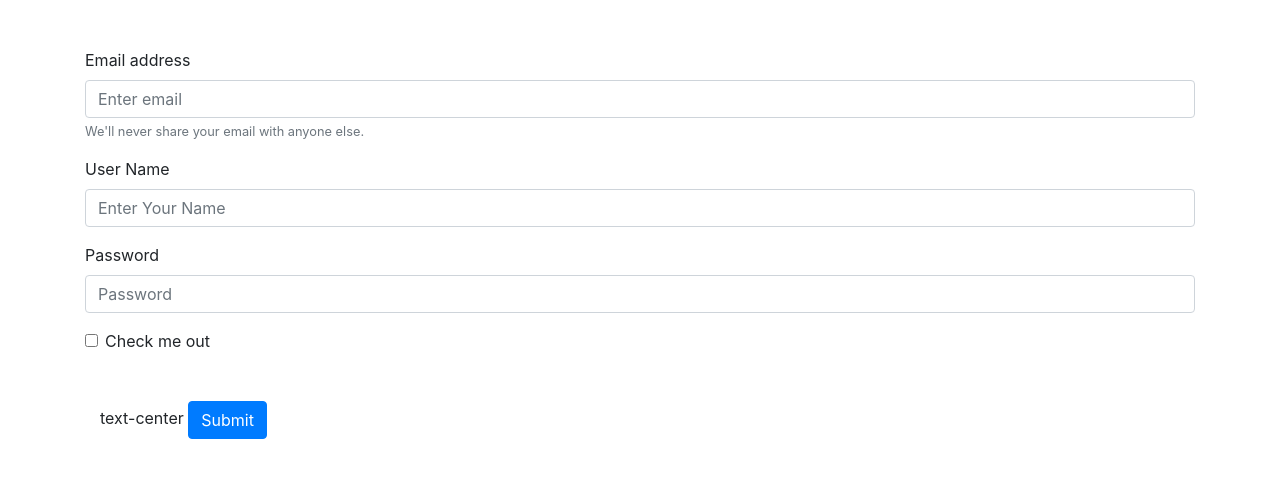
Repository: wanderwisecoder/spring_framework_learnings
Page: http://localhost/SpringMVC/contact
These files come from the project's save history. The page is drawn as it stood at one moment and after the next save; the edit follows.
The browser window is 1280 px wide. The pictures show the whole page.
Some web libraries are served in a nearby version. The page is served by Tomcat 9. Other server files are loaded and not shown.

Above is the page before, as saved 2023-12-19 08:52:16.

### SpringMVC/src/main/webapp/WEB-INF/spring-servlet.xml
<?xml version="1.0" encoding="UTF-8"?>
<beans xmlns="http://www.springframework.org/schema/beans"
	xmlns:xsi="http://www.w3.org/2001/XMLSchema-instance"
	xmlns:context="http://www.springframework.org/schema/context"
	xmlns:p="http://www.springframework.org/schema/p"
	xsi:schemaLocation="http://www.springframework.org/schema/beans
  https://www.springframework.org/schema/beans/spring-beans.xsd
  http://www.springframework.org/schema/context
  http://www.springframework.org/schema/context/spring-context.xsd">

<context:component-scan base-package="springmvc.controller"/>

	<bean
		class="org.springframework.web.servlet.view.InternalResourceViewResolver"
		name="viewResolver">

		<property name="prefix" value="/WEB-INF/views/"></property>

		<property name="suffix" value=".jsp"></property>
	</bean>


	<!-- more bean definitions go here -->
</beans>

### SpringMVC/src/main/webapp/WEB-INF/views/contact.jsp
<!doctype html>
<html lang="en">
<head>
<!-- Required meta tags -->
<meta charset="utf-8">
<meta name="viewport"
	content="width=device-width, initial-scale=1, shrink-to-fit=no">

<!-- Bootstrap CSS -->
<link rel="stylesheet"
	href="https://cdn.jsdelivr.net/npm/bootstrap@4.0.0/dist/css/bootstrap.min.css"
	integrity="sha384-Gn5384xqQ1aoWXA+058RXPxPg6fy4IWvTNh0E263XmFcJlSAwiGgFAW/dAiS6JXm"
	crossorigin="anonymous">

<title>Hello, world!</title>
</head>
<body>
	<div class="container  mt-5">
		<form>
			<div class="form-group">
				<label for="exampleInputEmail1">Email address</label> <input
					type="email" class="form-control" id="exampleInputEmail1"
					aria-describedby="emailHelp" placeholder="Enter email"> <small
					id="emailHelp" class="form-text text-muted">We'll never
					share your email with anyone else.</small>
			</div>
			<div class="form-group">
				<label for="userName">User Name</label> <input type="text"
					class="form-control" id="userName" aria-describedby="emailHelp"
					placeholder="Enter Your Name">
			</div>
			<div class="form-group">
				<label for="exampleInputPassword1">Password</label> <input
					type="password" class="form-control" id="exampleInputPassword1"
					placeholder="Password">
			</div>
			<div class="form-check">
				<input type="checkbox" class="form-check-input" id="exampleCheck1">
				<label class="form-check-label" for="exampleCheck1">Check me
					out</label>
			</div>
			<div class="container  mt-5">text-center
			<button type="submit" class="btn btn-primary">Submit</button>
		</form>
	</div>

	<!-- Optional JavaScript -->
	<!-- jQuery first, then Popper.js, then Bootstrap JS -->
	<script src="https://code.jquery.com/jquery-3.2.1.slim.min.js"
		integrity="sha384-KJ3o2DKtIkvYIK3UENzmM7KCkRr/rE9/Qpg6aAZGJwFDMVNA/GpGFF93hXpG5KkN"
		crossorigin="anonymous"></script>
	<script
		src="https://cdn.jsdelivr.net/npm/popper.js@1.12.9/dist/umd/popper.min.js"
		integrity="sha384-ApNbgh9B+Y1QKtv3Rn7W3mgPxhU9K/ScQsAP7hUibX39j7fakFPskvXusvfa0b4Q"
		crossorigin="anonymous"></script>
	<script
		src="https://cdn.jsdelivr.net/npm/bootstrap@4.0.0/dist/js/bootstrap.min.js"
		integrity="sha384-JZR6Spejh4U02d8jOt6vLEHfe/JQGiRRSQQxSfFWpi1MquVdAyjUar5+76PVCmYl"
		crossorigin="anonymous"></script>
</body>
</html>

### SpringMVC/src/main/java/springmvc/controller/ContactController.java
package springmvc.controller;

import org.springframework.stereotype.Controller;
import org.springframework.web.bind.annotation.RequestMapping;

@Controller
public class ContactController {
	@RequestMapping("/contact")
	public String showForm() {

		return "contact";

	}
}

### SpringMVC/src/main/java/springmvc/controller/HomeController.java
package springmvc.controller;

import java.time.LocalDateTime;
import java.util.ArrayList;
import java.util.List;

import org.springframework.stereotype.Controller;
import org.springframework.ui.Model;
import org.springframework.web.bind.annotation.RequestMapping;
import org.springframework.web.servlet.ModelAndView;

@Controller
public class HomeController {

	@RequestMapping("/home")
	public String home(Model model) {
		model.addAttribute("age", 54);
		System.out.println("This is home controller/url.!");
		model.addAttribute("name", "Roshan");

		model.addAttribute("id", 1234);
		return "index";
	}

	@RequestMapping("/about")
	public String about() {
		System.out.println("This is about controller/url.!");
		return "about";
	}


	//services
	//help
	@RequestMapping("/help")
	public ModelAndView help() {
		System.out.println("This is help controller/url.!");

		//creating ModelAndView object
		ModelAndView modelAndView =  new ModelAndView();

		//setting the data
		modelAndView.addObject("name","Uttam");
		modelAndView.addObject("rollNumber",11222);

		LocalDateTime now = LocalDateTime.now();
		modelAndView.addObject("time", now);

		//List Object
		List<Integer> list = new ArrayList<Integer>();
		list.add(34);
		list.add(87);
		list.add(92);
		list.add(67);
		list.add(45);

		modelAndView.addObject("marks",list);

		//setting the view name
		modelAndView.setViewName("help");


		return modelAndView;
	}

}

After the next save:
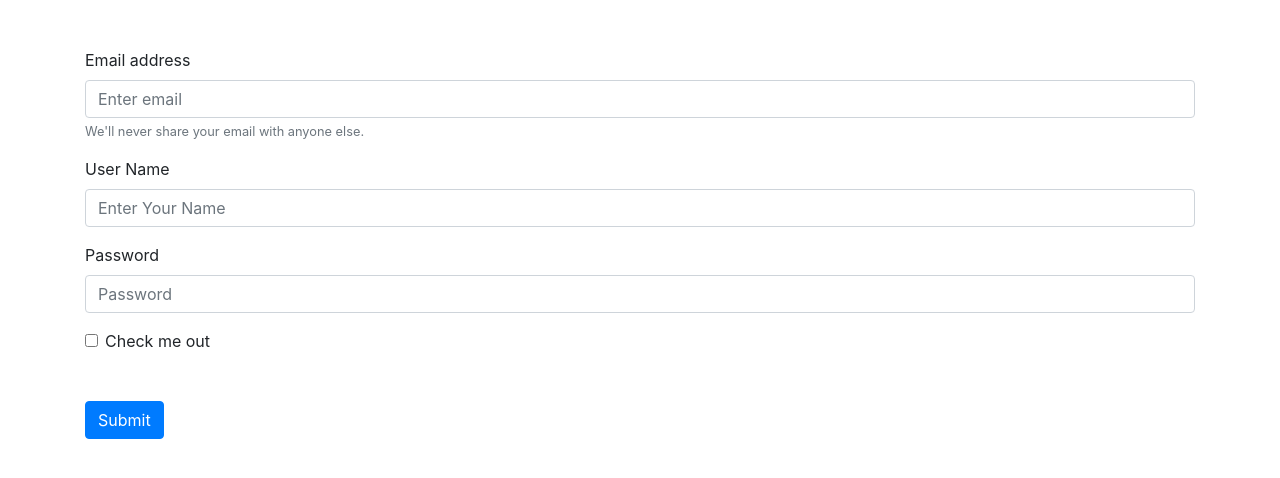
Saved 8 s later.
--- a/SpringMVC/src/main/webapp/WEB-INF/views/contact.jsp
+++ b/SpringMVC/src/main/webapp/WEB-INF/views/contact.jsp
@@ -39,7 +39,7 @@
 				<label class="form-check-label" for="exampleCheck1">Check me
 					out</label>
 			</div>
-			<div class="container  mt-5">text-center
+			<div class="container  mt-5 text-center"></div>
 			<button type="submit" class="btn btn-primary">Submit</button>
 		</form>
 	</div>
